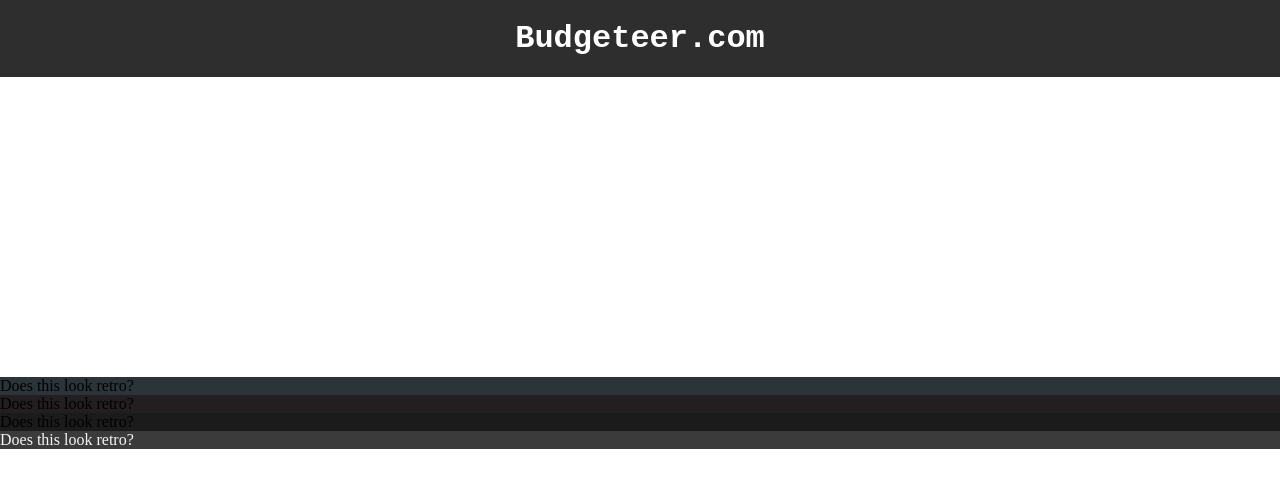
Repository: CaioNunes56/Budgeteer
Page: index.html
An editor plug-in stored every save of this project. The page is shown before and after the next save, followed by the edit.
The browser window is 1280 px wide. The pictures show the whole page.

Above is the page before, as saved 2025-04-26 13:08:45.

### index.html
<!DOCTYPE html>
<html lang="en">
<head>
    <meta charset="UTF-8">
    <meta name="viewport" content="width=device-width, initial-scale=1.0">
    <title>Budgeteer</title>
    <link rel="stylesheet" href="style.css">
</head>
<body>
    <header>
        <h1>Budgeteer.com</h1>
    </header>
    <main>
        <div class="mainbox">
            <form class="basic-inputs">

            </form>
        </div>
    </main>
    <div style="background-color: #2A3439;"> Does this look retro? </div>
    <div style="background-color: #231F20"> Does this look retro? </div>
    <div style="background-color: #1B1B1B;"> Does this look retro?</div>
    <div style="background-color: #3B3B3B; color: #F5F5F5;">Does this look retro?</div>



</body>
</html>

### style.css
body{
    margin: 0;
    padding: 0;
}

body *{
    margin: 0;
    padding: 0;
}

header{
    display: flex;
    justify-content: center;;
    align-items: center;
    background-color: #2E2E2E;
    padding: 20px;

}

header h1{
    font-family: 'Courier New', Courier, monospace;
    font-weight: bold;
    color: white;
}

main{
    display:flex;
    justify-content: center;
    align-items: center;
    padding: 150px 50px 150px 50px;
}

After the next save:
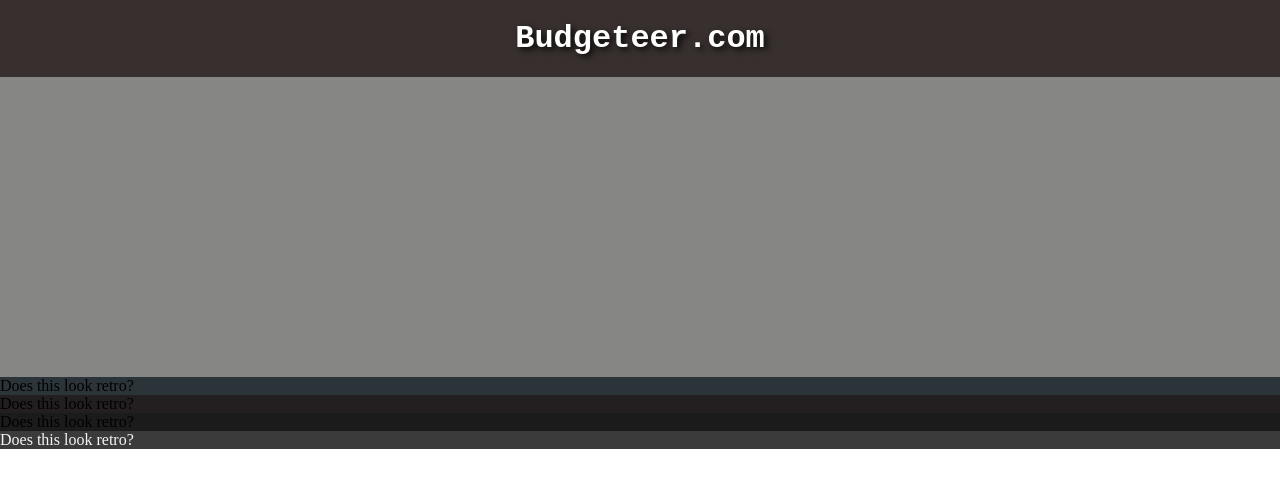
Saved 22 min 39 s later.
--- a/style.css
+++ b/style.css
@@ -12,7 +12,7 @@
     display: flex;
     justify-content: center;;
     align-items: center;
-    background-color: #2E2E2E;
+    background-color: #38302E;
     padding: 20px;
 
 }
@@ -21,6 +21,7 @@
     font-family: 'Courier New', Courier, monospace;
     font-weight: bold;
     color: white;
+    text-shadow: 3px 3px 6px rgba(0, 0, 0, 0.9);
 }
 
 main{
@@ -28,4 +29,5 @@
     justify-content: center;
     align-items: center;
     padding: 150px 50px 150px 50px;
+    background-color: #868784;
 }
